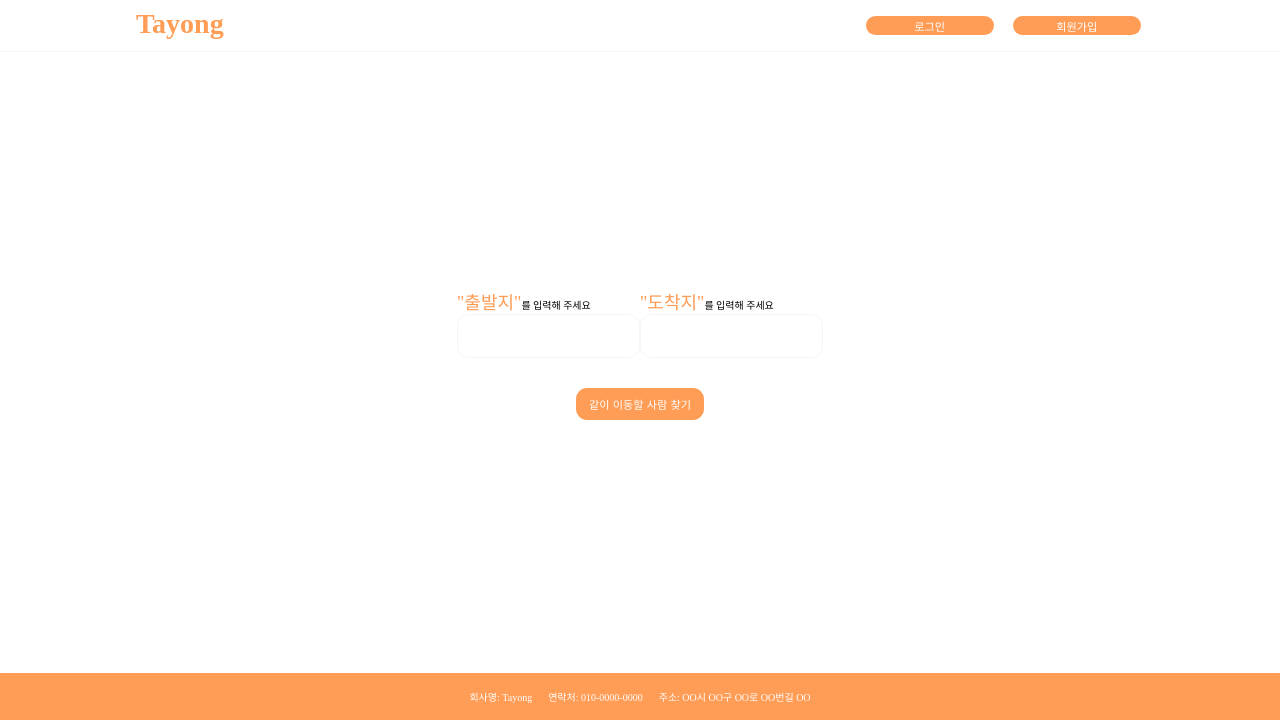
Repository: YEOMJINSEOP/playground
Page: / (app in tayong/)
An editor plug-in stored every save of this project. The page is shown before and after the next save, followed by the edit.
The browser window is 1280 px wide. The pictures show the whole page.
The project was rebuilt for these pictures with package versions that can differ from the ones it lists, and the page was loaded fresh each time.

Above is the page before, as saved 2022-10-28 14:28:27.

### tayong/src/App.js
import styles from './App.module.css';
import Header from './components/header/header';
import Footer from './components/footer/footer';
import LocationSelector from './components/locationSelector/locationSelector';

function App() {
  return (
    <>
    <Header/>
    <LocationSelector/>
    <Footer/>
    </>
  );
}

export default App;

### tayong/src/App.module.css
:root{

  /* color */
  --color-orange: #FF9C55;
  --color-light-grey: #f5f5f5;
  --color-white: #ffffff;
  --color-black: #201F1E;

  /* font size */
  --font-large: 48px;
  --font-medium: 28px;
  --font-regular: 18px;
  --font-small: 16px;
  --font-micro: 10px;

  /* font weight */
  --weight-bold: 700;
  --weight-semi-bold: 600;
  --weight-regular: 400;

 /* border weight */
 --border-weight: 1.5px;

 /* border radius */
 --border-radius: 0.7rem;
}

/* universal setting*/
*{
  margin: 0;
}

button{
  border: none;
  cursor: pointer;
  background-color: transparent;
}

### tayong/src/components/header/header.jsx
import React from 'react';
import styles from './header.module.css';

function Header(props) {
  return (
    <>
      <nav className={styles.navbar}>

        <p className={styles.logo}>Tayong</p>

        <div className={styles.navbarBtn}>
          <button className={styles.btn}>로그인</button>
          <button className={styles.btn}>회원가입</button>
        </div>

      </nav>
    </>
  );
}

export default Header;

### tayong/src/components/footer/footer.jsx
import React from 'react';
import styles from './footer.module.css';

function Footer(props) {
  return (
    <>
     <footer className={styles.footer}>
      <p className={styles.name}>회사명: Tayong</p>
      <p className={styles.phone}>연락처: 010-0000-0000</p>
      <p className={styles.address}>주소: OO시 OO구 OO로 OO번길 OO</p>
     </footer>
    </>
  );
}

export default Footer;

### tayong/src/components/locationSelector/locationSelector.jsx
import React, { useState } from 'react';
import styles from './locationSelector.module.css';

function LocationSelector(props) {
  const [departure, setDeparture] = useState('');
  const [arrival, setArrival] = useState('');
  const handleSubmit = (e) => {
    e.preventDefault();
  }
  return (
    <form onSubmit = {handleSubmit} className={styles.locationSelector}>
      <div className={styles.location}>
        <div className={styles.departure}>
          <div className={styles.info}><span>"출발지"</span>를 입력해 주세요</div>
          <label htmlFor='departure'></label>
            <input
              type="text"
              id='departure'
              name='departure'
              value = {departure}
              onChange = {
                (e) => {
                  setDeparture(e.target.value);
                }
              }
          />
        </div>
        <div className={styles.arrival}>
            <div className={styles.info}><span>"도착지"</span>를 입력해 주세요</div>
            <label htmlFor='arrival'></label>
            <input
            id='arrival'
            name='arrival'
            value={arrival}
            type="text"
            onChange={
              (e) => {
                setArrival(e.target.value);
              }
            } />
        </div>
      </div>
        <button>같이 이동할 사람 찾기</button>
    </form>
  );
}

export default LocationSelector;

### tayong/src/components/header/header.module.css
@import '../../App.module.css';

button{
  width: 4rem;
  font-size: 0.7rem;
}

.navbar{
  width: 100%;
  padding: 0.5rem;

  position: fixed;

  background-color: var(--color-white);
  border-bottom: var(--border-weight) solid var(--color-light-grey);

  display: flex;
  justify-content: space-between;
}

.logo{
  font-size: var(--font-medium);
  font-weight: bold;
  color: var(--color-orange);
  padding-left: 8rem;
  margin-bottom: 0.2rem;
  cursor: pointer;
}

.navbarBtn{
  display: flex;
  flex-direction: row;
  align-items: center;
  padding-right: 8rem;
}

.btn{
  margin-right: 1.2rem;
  height: 1.2rem;
  padding: 0;
  cursor: pointer;
}

### tayong/src/components/footer/footer.module.css
@import '../../App.module.css';

.footer{
  width: 100%;
  padding: 1rem;

  position: fixed;
  bottom: 0;

  background-color: var(--color-orange);
  color: var(--color-white);

  display: flex;
  flex-direction: row;
  justify-content: center;
  font-size: var(--font-micro)
}

p{
  padding-left: 1rem;
}

.address{
  margin-right: 3rem;
}

### tayong/src/components/locationSelector/locationSelector.module.css
@import '../../App.module.css';

.locationSelector{
  position: fixed;

  width: 100%;
  margin: auto;
  top: 40%;

  display: flex;
  flex-direction: column;
  align-items: center;
}

.location{
  display: flex;
  flex-direction: row;
  justify-content: space-around;
  margin-bottom: 30px;
}

.departure{

}

input{
  height: 40px;
  border: var(--border-weight) solid var(--color-light-grey) ;
  border-radius: 0.7rem;
}

.info{
  font-size: var(--font-micro);
}

span{
  font-size: var(--font-regular);
  color: var(--color-orange);
}

button{
  width: 8rem;
  height: 2rem;
  color: var(--color-white);
  background-color: var(--color-orange);
  border-radius: var(--border-radius) ;
}

Loaded but not shown: tayong/public/index.html (common file); tayong/src/index.js (common file); tayong/src/index.css (common file); tayong/src/reportWebVitals.js (common file)

After the next save:
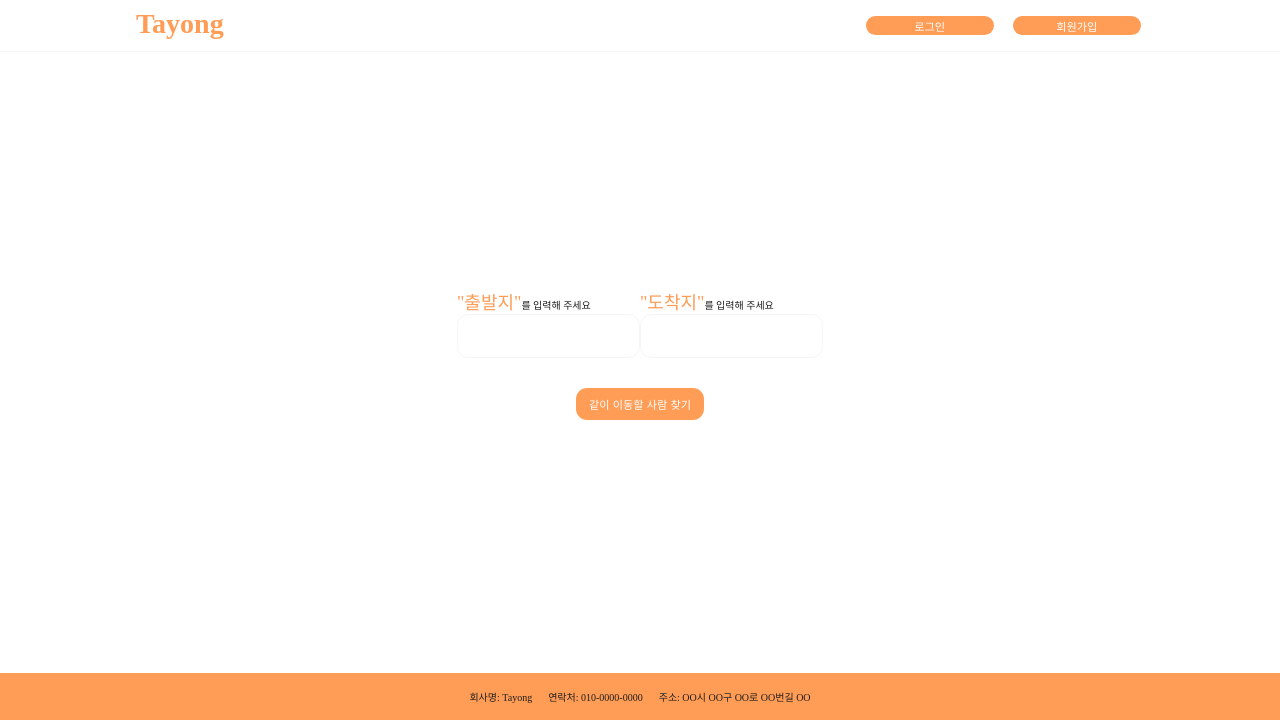
Saved 91 s later.
--- a/tayong/src/components/locationSelector/locationSelector.module.css
+++ b/tayong/src/components/locationSelector/locationSelector.module.css
@@ -1,5 +1,8 @@
 @import '../../App.module.css';
 
+*{
+  color: var(--color-black);
+}
 .locationSelector{
   position: fixed;
 

After the save that followed:
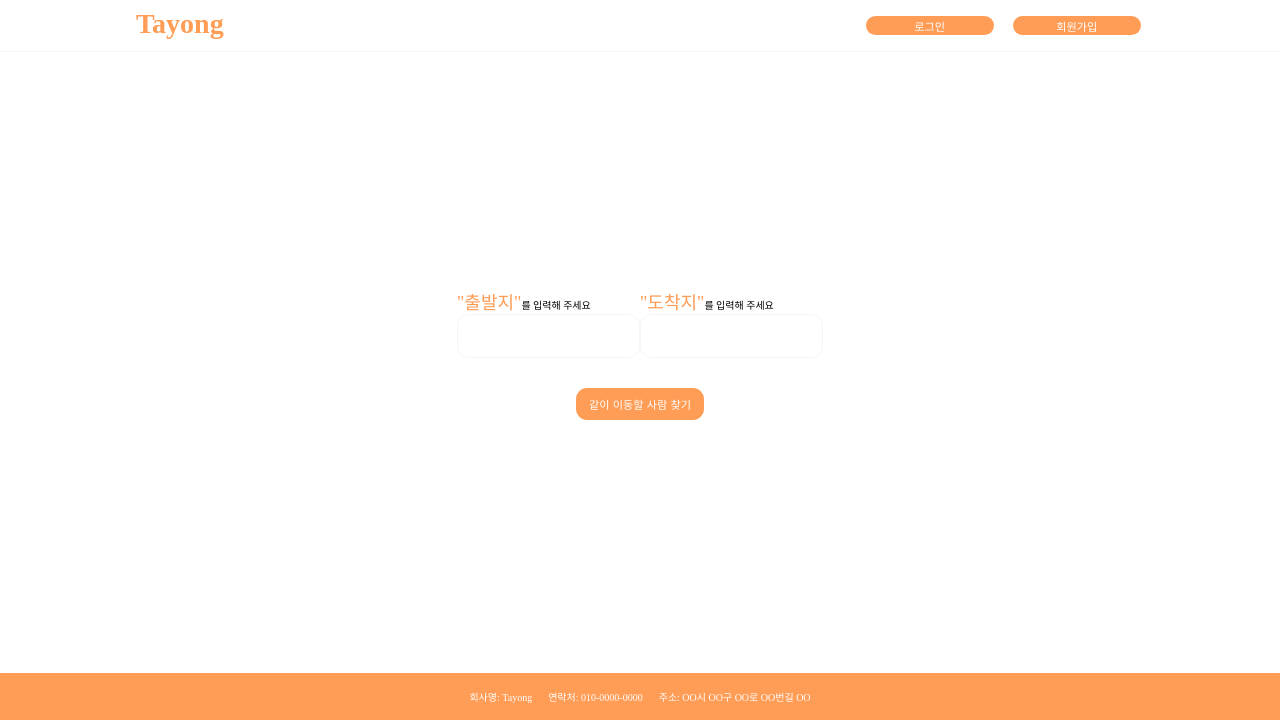
Saved 9 s later.
--- a/tayong/src/components/locationSelector/locationSelector.module.css
+++ b/tayong/src/components/locationSelector/locationSelector.module.css
@@ -1,8 +1,5 @@
 @import '../../App.module.css';
 
-*{
-  color: var(--color-black);
-}
 .locationSelector{
   position: fixed;
 
